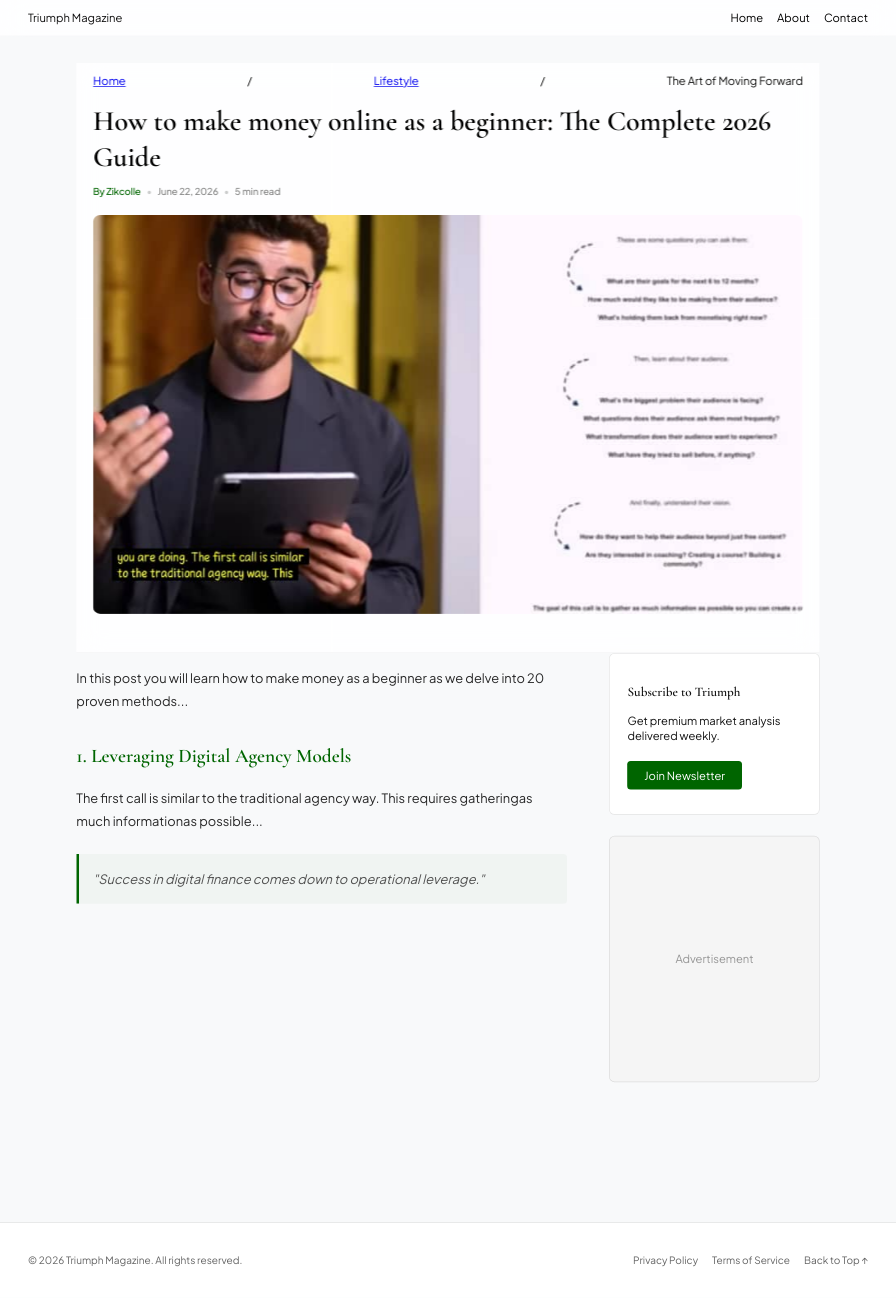
Repository: zikcolle/Triumph-Blog
Page: post.html
These files come from the project's save history. The page is drawn as it stood at one moment and after the next save; the edit follows.
The browser window is 1280 px wide. The pictures show the whole page, at 70% of full size.

Above is the page before, as saved 2026-06-23 12:25:35.

After the next save:
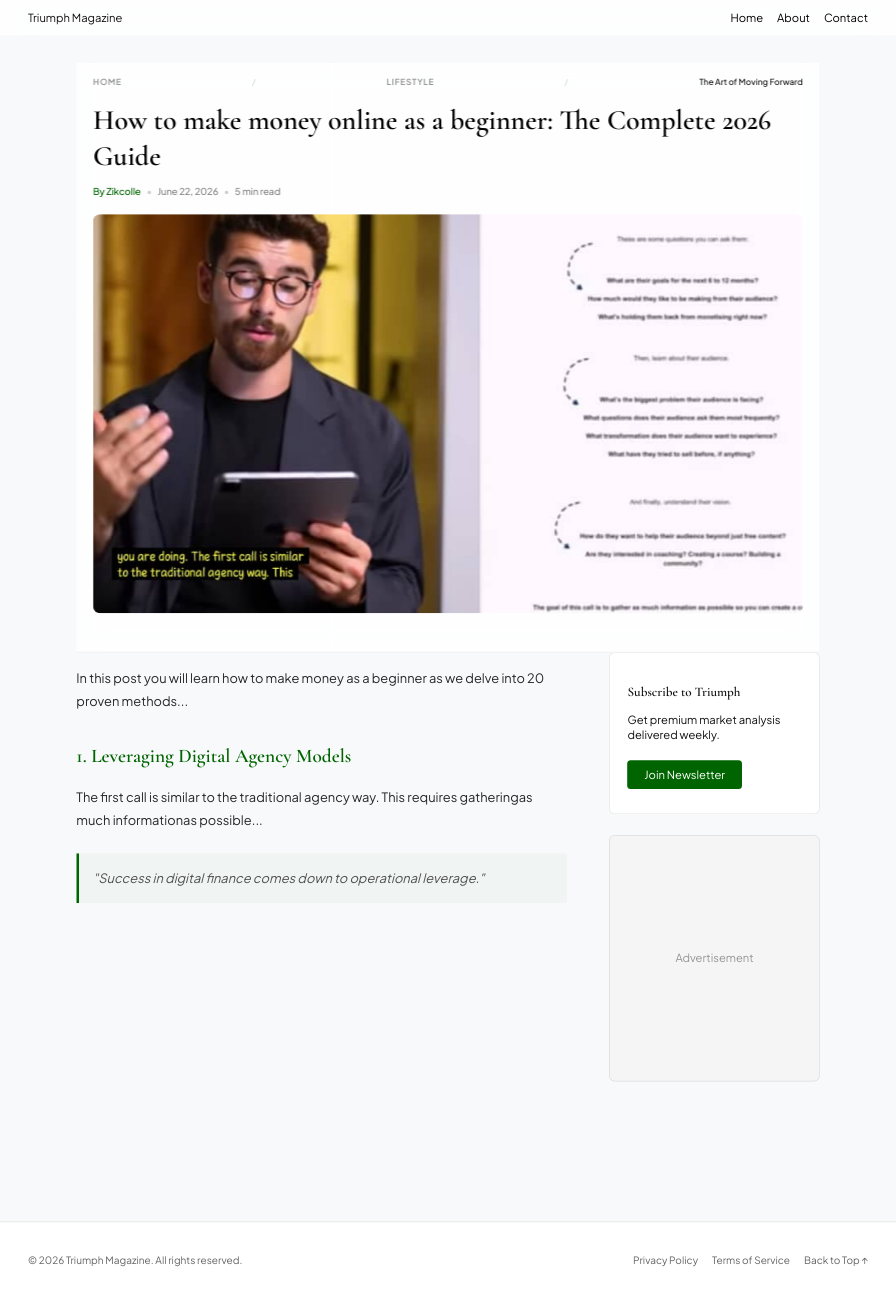
Saved 48 s later.
--- a/styles.css
+++ b/styles.css
@@ -463,3 +463,57 @@ footer {
         top: 100px;
     }
 }
+
+/* ==========================================================================
+   EDITORIAL BREADCRUMBS
+   ========================================================================== */
+.breadcrumbs {
+    display: flex;
+    align-items: center;
+    flex-wrap: nowrap; /* Forces everything on a single line */
+    gap: 10px;
+    font-family: 'Plus Jakarta Sans', sans-serif;
+    font-size: 0.75rem; /* Small, crisp UI footprint */
+    font-weight: 600;
+    letter-spacing: 0.08em; /* Clean, intentional tracking */
+    text-transform: uppercase;
+    margin-bottom: 20px; /* Perfect breathing room before the huge H1 title */
+    padding-top: 5px;
+}
+
+.breadcrumb-link {
+    color: #8c8c8c;
+    text-decoration: none;
+    transition: color 0.2s ease;
+}
+
+/* 2026 Micro-interaction: Subtle hover phase-in */
+.breadcrumb-link:hover {
+    color: #111111;
+}
+
+.breadcrumb-separator {
+    color: #cccccc;
+    font-weight: 400;
+    user-select: none; /* Prevents user from accidentally selecting the slash text */
+}
+
+.breadcrumb-current {
+    color: #111111;
+    font-weight: 500;
+    text-transform: none; /* Keeps the actual post title in its original casing */
+    letter-spacing: normal;
+
+    /* Elegant single-line truncate fallback for small mobile viewports */
+    white-space: nowrap;
+    overflow: hidden;
+    text-overflow: ellipsis;
+    max-width: 180px;
+}
+
+/* Responsive adjustments for mid-size screens */
+@media (min-width: 768px) {
+    .breadcrumb-current {
+        max-width: 400px; /* Allows more title real estate on desktop */
+    }
+}
